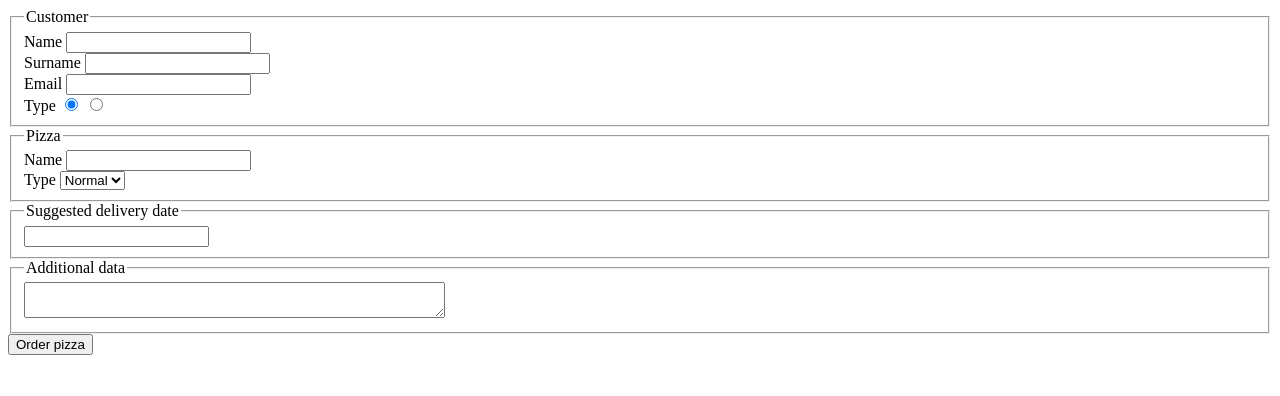
Repository: lukas77pro/html_css_js
Page: html/Test/WebContent/Formularz.html
These files come from the project's save history. The page is drawn as it stood at one moment and after the next save; the edit follows.
The browser window is 1280 px wide. The pictures show the whole page.

Above is the page before, as saved 2015-07-10 11:39:38.

After the next save:
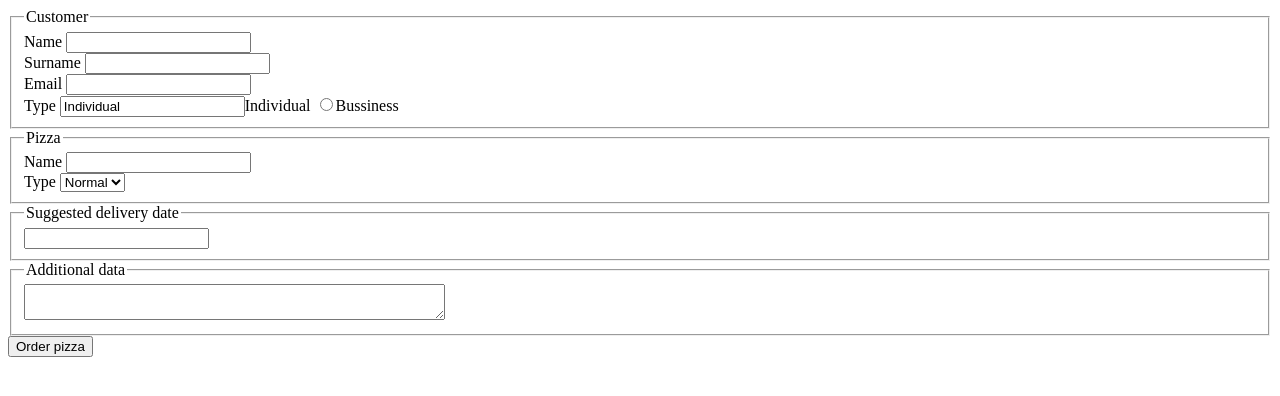
Saved 64 s later.
--- a/html/Test/WebContent/Formularz.html
+++ b/html/Test/WebContent/Formularz.html
@@ -23,9 +23,9 @@
 				name="inputEmail">
 		</div>
 		<div>
-			<label for="radio">Type</label> <input type="radio" name="radio"
-				value="Individual" checked> <input type="radio" name="radio"
-				value="Bussiness">
+			<label for="radio1">Type</label> <input type="radio1" name="radio"
+				value="Individual" checked><label for="radio1">Individual</label> <input type="radio" name="radio"
+				value="Bussiness"><label for="radio">Bussiness</label>
 		</div>
 	</fieldset>
 
